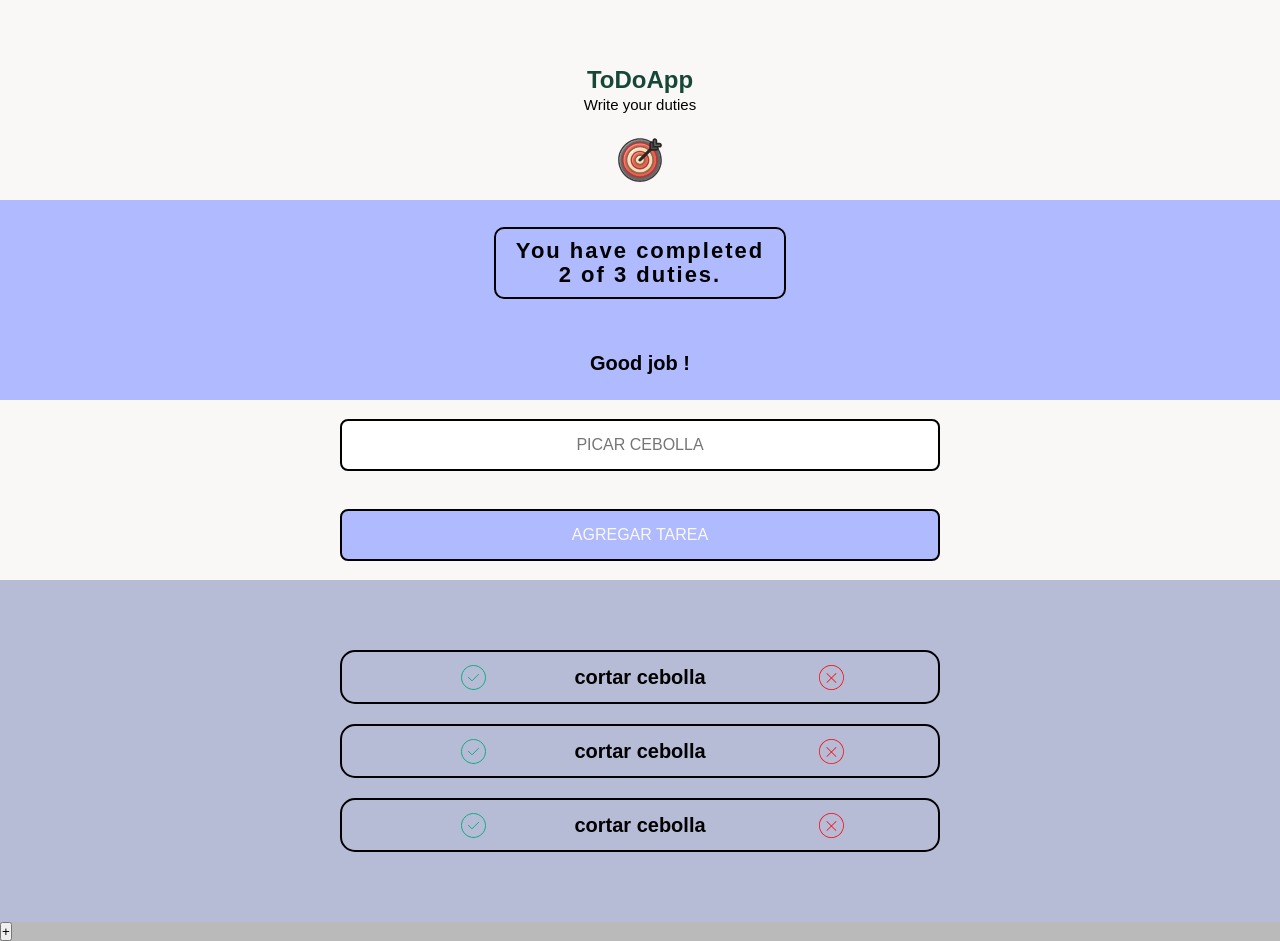
Repository: ChristianGecchelin/to-do-app
Page: /
The author's editor kept a copy of each file at every save. The page is drawn from the files as they stood at one save, then again after the next save.
The browser window is 1280 px wide. The pictures show the whole page.
The project was rebuilt for these pictures with package versions that can differ from the ones it lists, and the page was loaded fresh each time.

Above is the page before, as saved 2022-01-12 15:54:12.

After the next save:
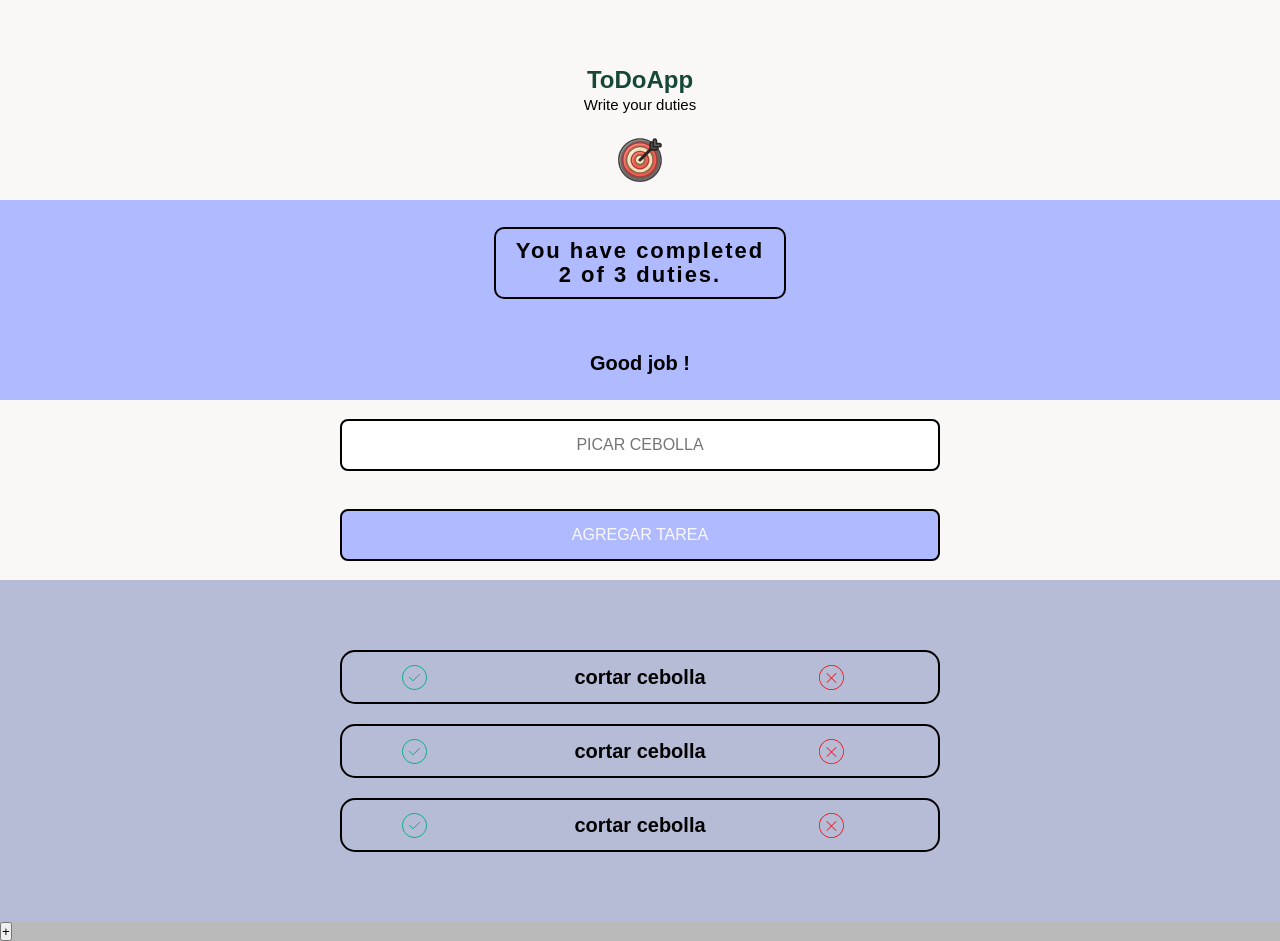
Saved 8 s later.
--- a/src/styles/ToDoList.css
+++ b/src/styles/ToDoList.css
@@ -26,7 +26,7 @@
 .check {
   position: absolute;
   top: 13px;
-  left: calc(20%);
+  left: calc(10%);
   background-image: url(../assets/check.svg);
   width: 25px;
   height: 25px;
